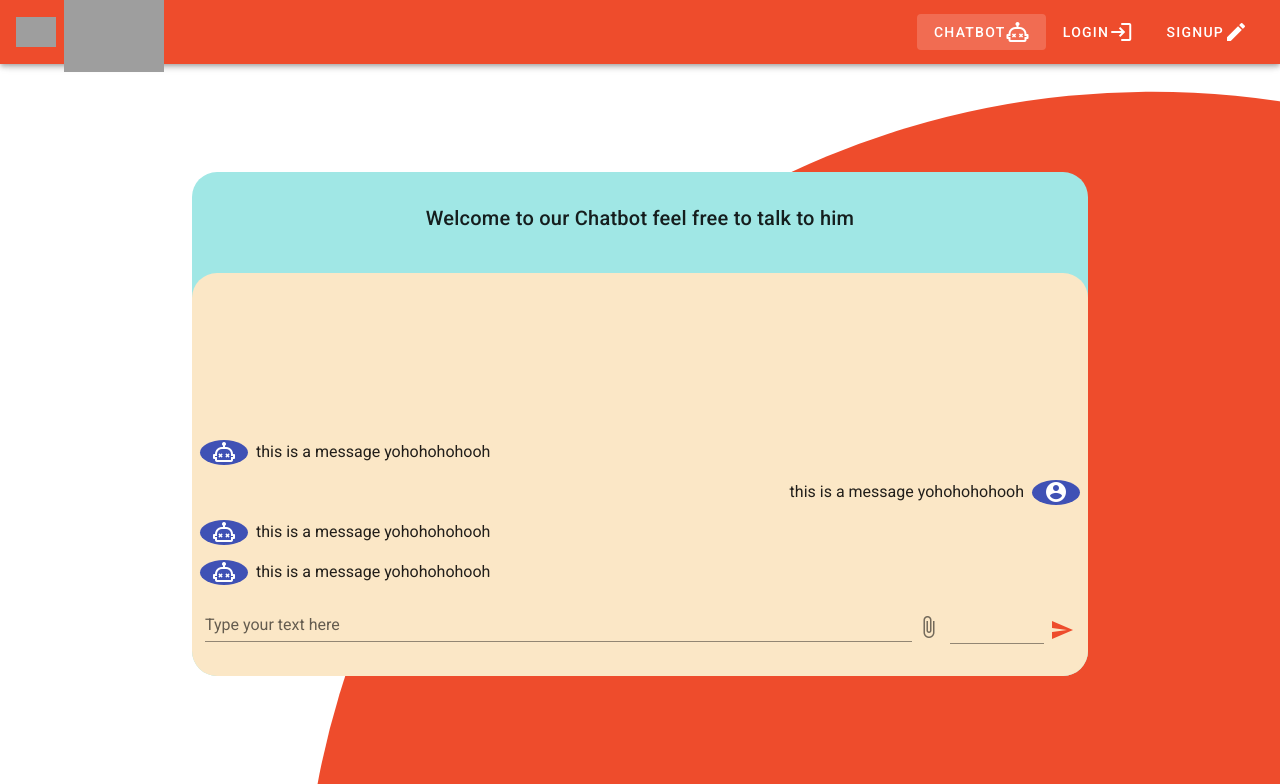
Repository: atout811/pyTorch-Hackathon
Page: /chatbot (app in frontend/)
These files come from the project's save history. The page is drawn as it stood at one moment and after the next save; the edit follows.
The browser window is 1280 px wide. The pictures show the whole page.
Pictures or frames that could not be fetched are drawn as grey boxes. The project was rebuilt for these pictures with package versions that can differ from the ones it lists, and the page was loaded fresh each time. Also part of the build but not shown: frontend/vue.config.js, frontend/src/views/Home.vue.

Above is the page before, as saved 2021-10-21 15:34:53.

After the next save:
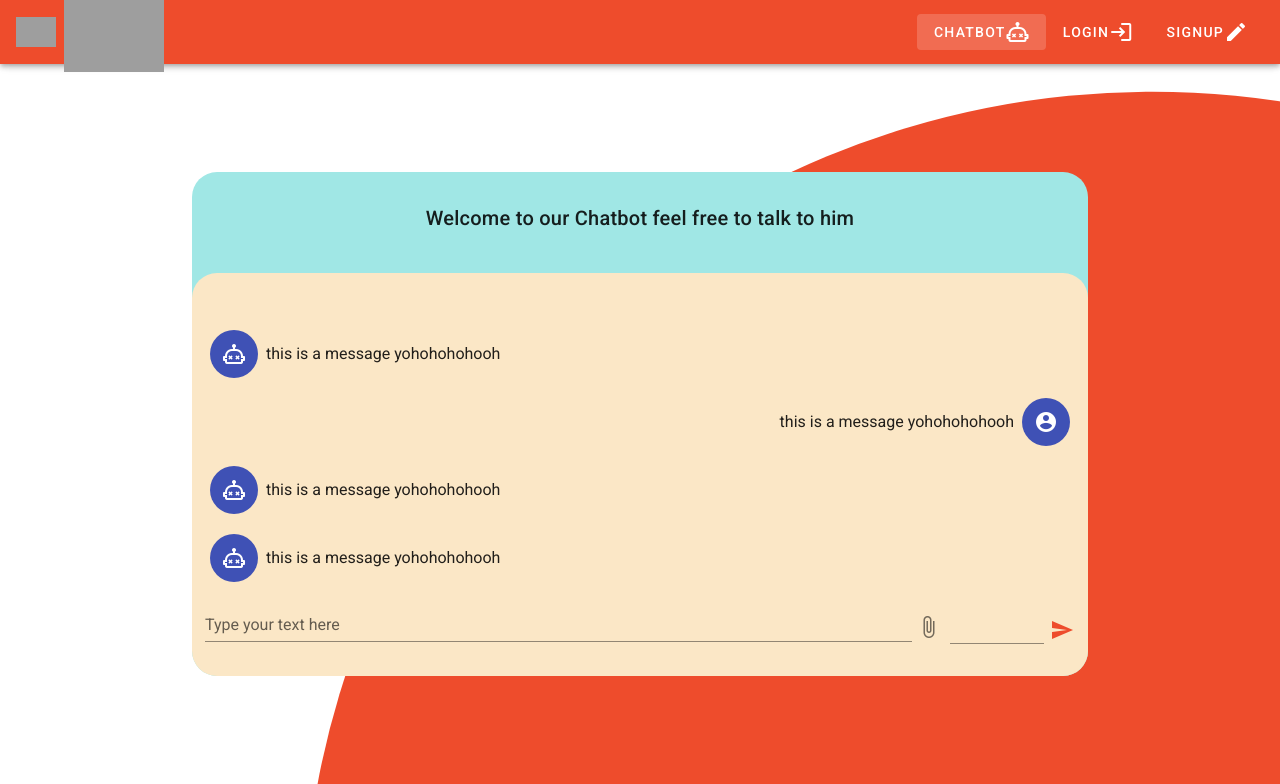
Saved 42 s later.
--- a/frontend/src/views/Chatbot.vue
+++ b/frontend/src/views/Chatbot.vue
@@ -5,12 +5,7 @@
       <div class="chat-container">
         <div v-for="(message, i) in chat" :key="i" class="messages">
           <div :class="message.from == 'bot' ? 'bot' : 'user'">
-            <v-avatar
-              height="25px"
-              min-width="25px"
-              class="avatar"
-              color="indigo"
-            >
+            <v-avatar class="avatar" color="indigo">
               <v-icon dark>
                 {{
                   message.from == "bot"
@@ -96,17 +91,15 @@ export default {
 .bot {
   display: flex;
   align-items: center;
+  margin: 10px;
 }
 .user {
   display: flex;
   align-items: center;
   flex-direction: row-reverse;
+  margin: 10px;
 }
 .messg {
   margin: 8px;
 }
-.v-avatar {
-  height: 20px;
-  width: 20px;
-}
 </style>
